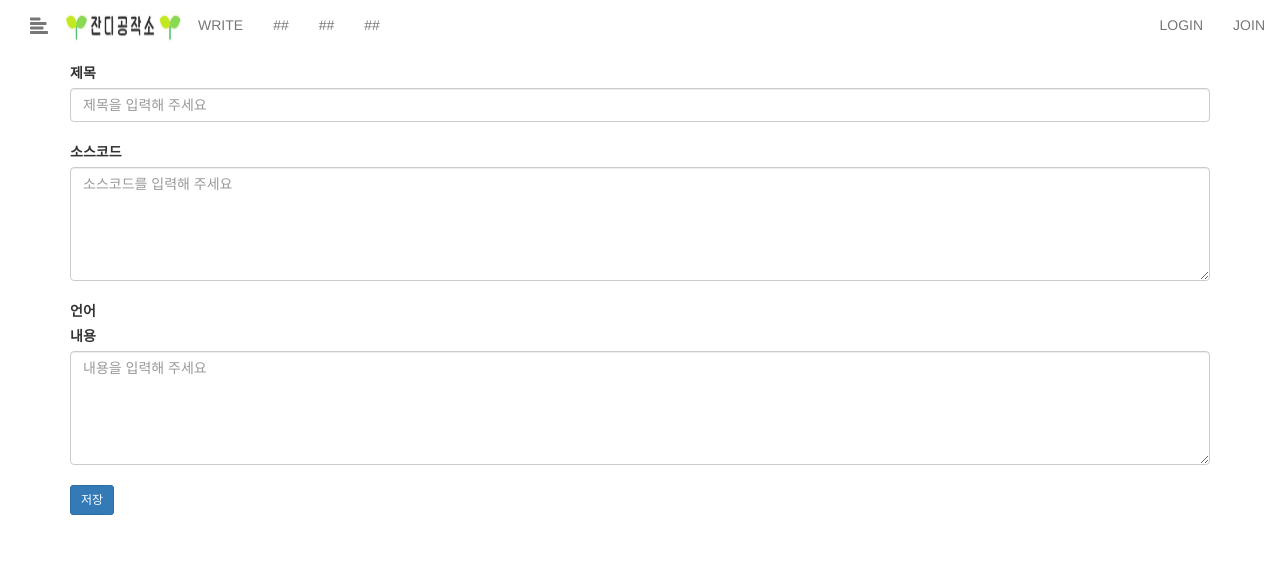
Repository: guddus326/Grass_Farm
Page: http://localhost/Grass_Farm/Write.jsp
The author's editor kept a copy of each file at every save. The page is drawn from the files as they stood at one save, then again after the next save.
The browser window is 1280 px wide. The pictures show the whole page.
The page is served by Tomcat 9. Other server files are loaded and not shown.

Above is the page before, as saved 2020-10-04 04:46:22.

### Grass_Farm/Grass_Farm/WebContent/Write.jsp
<%@ page language="java" contentType="text/html; charset=UTF-8"
	pageEncoding="UTF-8"%>
<%@ page import="java.io.PrintWriter"%>
<!DOCTYPE html>
<html>
<head>
<meta http-equiv="Content-Type" content="text/html; charset=UTF-8">
<meta name="viewport" content="width=device-width" initial-scale="1">
 <link rel="stylesheet" href="css/bootstrap.min.css">


<title>오늘의 잔디</title>
<style>
 <style>
        body { padding-top: 50px; }
      	.navbar-fixed-top{
      		background-color: white;
      	}
        .page-header{
            font-family: 'Playfair Display', serif;
            text-align: left;
        }
		</style>
</style>
</head>
<body>
<%
		//로그인 한사람이라면	 userID라는 변수에 해당 아이디가 담기고 그렇지 않으면 null값
		String userID = null;
		if (session.getAttribute("userID") != null) {
			userID = (String) session.getAttribute("userID");
		}
%>
 <nav class="navbar-fixed-top navbar-default">
        <div class="container-fluid">
            <div class="navbar-header">
                <a class="navbar-brand" href="#">
                    <span class="glyphicon glyphicon-align-left" aria-hidden="true"></span>
                </a>
             </div>
			<div class="navbar-header">
            <a href="Index.jsp"><img alt="Brand" width=120px; height=40px;" style="margin-top: 8px;" src="./img/logo.JPG"></a>
			</div>

          <!-- Collect the nav links, forms, and other content for toggling -->
          <div class="collapse navbar-collapse" id="bs-example-navbar-collapse-1">
           	<ul class="nav navbar-nav">
              <li><a href="Write.jsp">WRITE</a></li>
              <li><a href="#">##</a></li>
              <li><a href="#">##</a></li>
              <li><a href="#">##</a></li>
            </ul>

            <%
            	if(userID==null){
            %>
            <ul class="nav navbar-nav navbar-right">
              <li><a href="Login.jsp">LOGIN</a></li>
              <li><a href="Join.jsp">JOIN</a></li>
            </ul>
            <%
            	}else{
            %>
            <ul class="nav navbar-nav navbar-right">
              <li><a href="LogoutAction.jsp">LOGOUT</a></li>
            </ul>
            <%
            	}
            %>
          </div><!-- /.navbar-collapse -->
        </div><!-- /.container-fluid -->
    </nav>
	<article>
		<div class="container" role="main">
			<h2>board Form</h2>
			<form method="post" action="WriteAction.jsp">
				<div class="mb-3">
					<label for="title">제목</label>
					<input type="text" class="form-control" name="bbsTitle" placeholder="제목을 입력해 주세요"><br>
				</div>
				<div class="mb-3">
					<label for="content">소스코드</label>
				    <textarea class="form-control" rows="5" name="bbsSource" placeholder="소스코드를 입력해 주세요" ></textarea><br>
				</div>

				<div class="mb-3">
					<label for="content">언어</label><br>
					<ul class="dropdown-menu" role="menu" aria-labelledby="dropdownMenu4">
  						<li role="presentation"><a role="menuitem" tabindex="-1" href="#">Regular link</a></li>
  						<li role="presentation" class="disabled"><a role="menuitem" tabindex="-1" href="#">Disabled link</a></li>
  						<li role="presentation"><a role="menuitem" tabindex="-1" href="#">Another link</a></li>
					</ul>
				</div>

				<div class="mb-3">
					<label for="content">내용</label>
					<textarea class="form-control" rows="5" name="bbsContent" placeholder="내용을 입력해 주세요" ></textarea><br>
				</div>

				<div >
					<button type="submit" class="btn btn-sm btn-primary" id="btnSave">저장</button>
				</div>
		</form>


		</div>
	</article>
</body>
</html>

Loaded but not shown: Grass_Farm/Grass_Farm/WebContent/css/bootstrap.min.css (library)

After the next save:
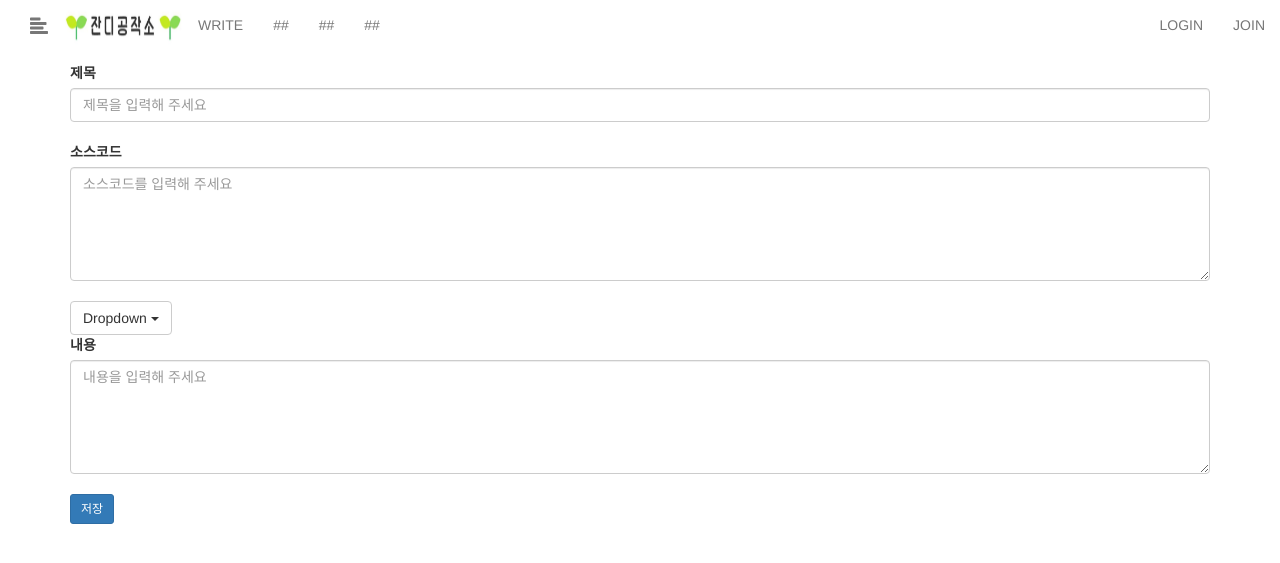
Saved 49 s later.
--- a/Grass_Farm/Grass_Farm/WebContent/Write.jsp
+++ b/Grass_Farm/Grass_Farm/WebContent/Write.jsp
@@ -83,14 +83,18 @@
 				    <textarea class="form-control" rows="5" name="bbsSource" placeholder="소스코드를 입력해 주세요" ></textarea><br>
 				</div>
 
-				<div class="mb-3">
-					<label for="content">언어</label><br>
-					<ul class="dropdown-menu" role="menu" aria-labelledby="dropdownMenu4">
-  						<li role="presentation"><a role="menuitem" tabindex="-1" href="#">Regular link</a></li>
-  						<li role="presentation" class="disabled"><a role="menuitem" tabindex="-1" href="#">Disabled link</a></li>
-  						<li role="presentation"><a role="menuitem" tabindex="-1" href="#">Another link</a></li>
-					</ul>
-				</div>
+				<div class="dropdown">
+  <button class="btn btn-default dropdown-toggle" type="button" id="dropdownMenu1" data-toggle="dropdown" aria-expanded="true">
+    Dropdown
+    <span class="caret"></span>
+  </button>
+  <ul class="dropdown-menu" role="menu" aria-labelledby="dropdownMenu1">
+    <li role="presentation"><a role="menuitem" tabindex="-1" href="#">Action</a></li>
+    <li role="presentation"><a role="menuitem" tabindex="-1" href="#">Another action</a></li>
+    <li role="presentation"><a role="menuitem" tabindex="-1" href="#">Something else here</a></li>
+    <li role="presentation"><a role="menuitem" tabindex="-1" href="#">Separated link</a></li>
+  </ul>
+</div>
 
 				<div class="mb-3">
 					<label for="content">내용</label>
